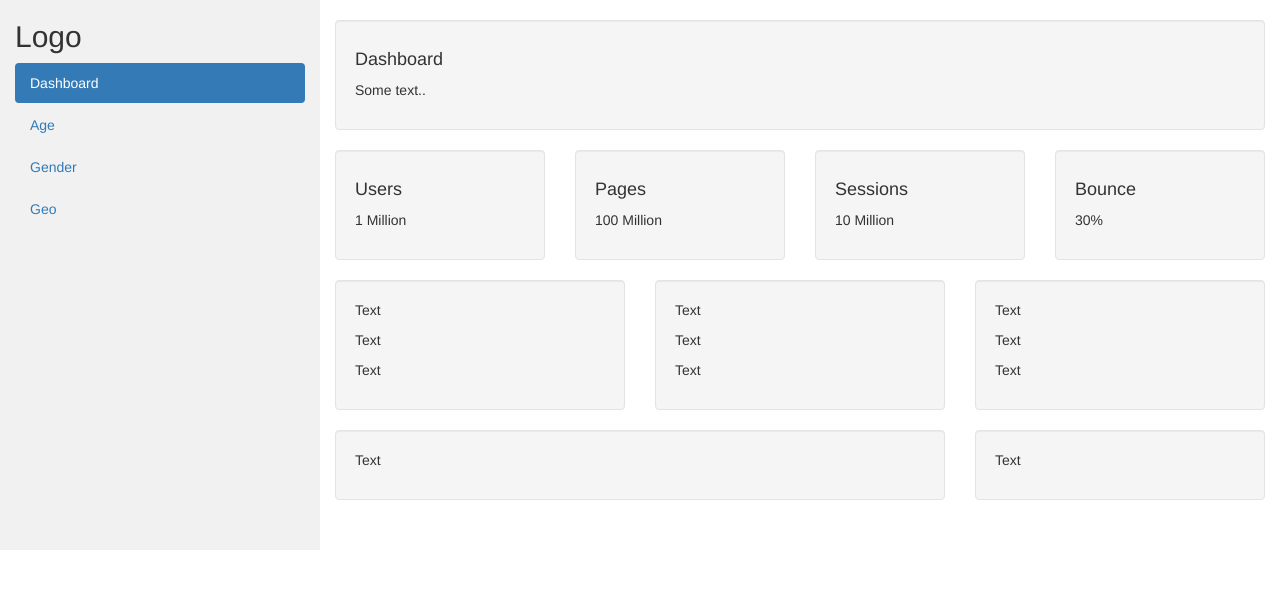
Repository: as2019a/spring
Page: http://localhost/ch19_project_mavenwebsite/WEB-INF/views/executives/maps.jsp
The author's editor kept a copy of each file at every save. The page is drawn from the files as they stood at one save, then again after the next save.
The browser window is 1280 px wide. The pictures show the whole page.
Some web libraries are served in a nearby version. The page is served by Tomcat 9. Nobody is signed in. The template is opened directly, without the code that normally fills it, so the values that code supplies are empty.

Above is the page before, as saved 2019-01-29 08:36:02.

After the next save:
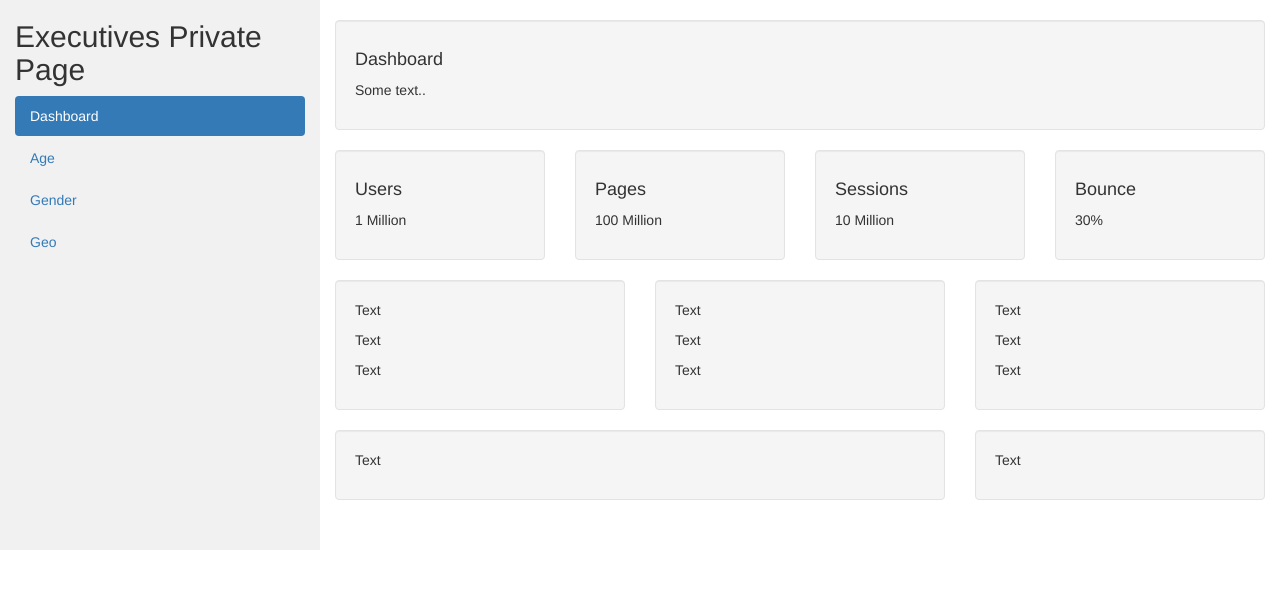
Saved 40 s later.
--- a/ch19_project_mavenwebsite/src/main/webapp/WEB-INF/views/executives/maps.jsp
+++ b/ch19_project_mavenwebsite/src/main/webapp/WEB-INF/views/executives/maps.jsp
@@ -24,7 +24,7 @@
     @media screen and (max-width: 767px) {
       .row.content {height: auto;}
     }
-</style>
+  </style>
 </head>
 <body>
 	<nav class="navbar navbar-inverse visible-xs">
@@ -35,7 +35,7 @@
 	        <span class="icon-bar"></span>
 	        <span class="icon-bar"></span>
 	      </button>
-	      <a class="navbar-brand" href="executives/onadmin">Executives Private Page</a>
+	      <a class="navbar-brand" href="#">Logo</a>
 	    </div>
 	    <div class="collapse navbar-collapse" id="myNavbar">
 	      <ul class="nav navbar-nav">
@@ -51,7 +51,7 @@
 	<div class="container-fluid">
 	  <div class="row content">
 	    <div class="col-sm-3 sidenav hidden-xs">
-	      <h2>Logo</h2>
+	      <h2>Executives Private Page</h2>
 	      <ul class="nav nav-pills nav-stacked">
 	        <li class="active"><a href="#section1">Dashboard</a></li>
 	        <li><a href="#section2">Age</a></li>
